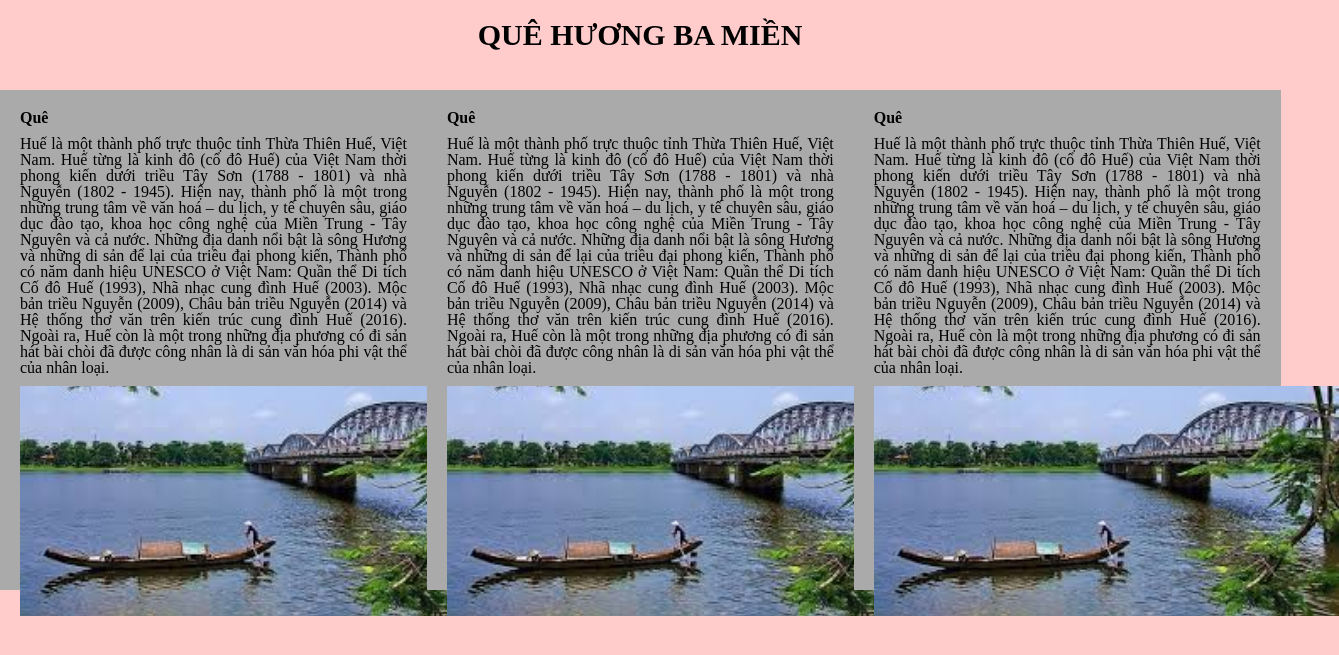
Repository: Tan-Khang21/TH_TKW--Buoi_06
Page: Bai_Tap_Tren_lop/Bai_02/LayoutCSS2.html
The author's editor kept a copy of each file at every save. The page is drawn from the files as they stood at one save, then again after the next save.
The browser window is 1280 px wide. The page is 1339 px wide, so the pictures cover 1339 px, including what lies to the right of the window. The pictures show the whole page.

Above is the page before, as saved 2024-03-11 20:30:42.

After the next save:
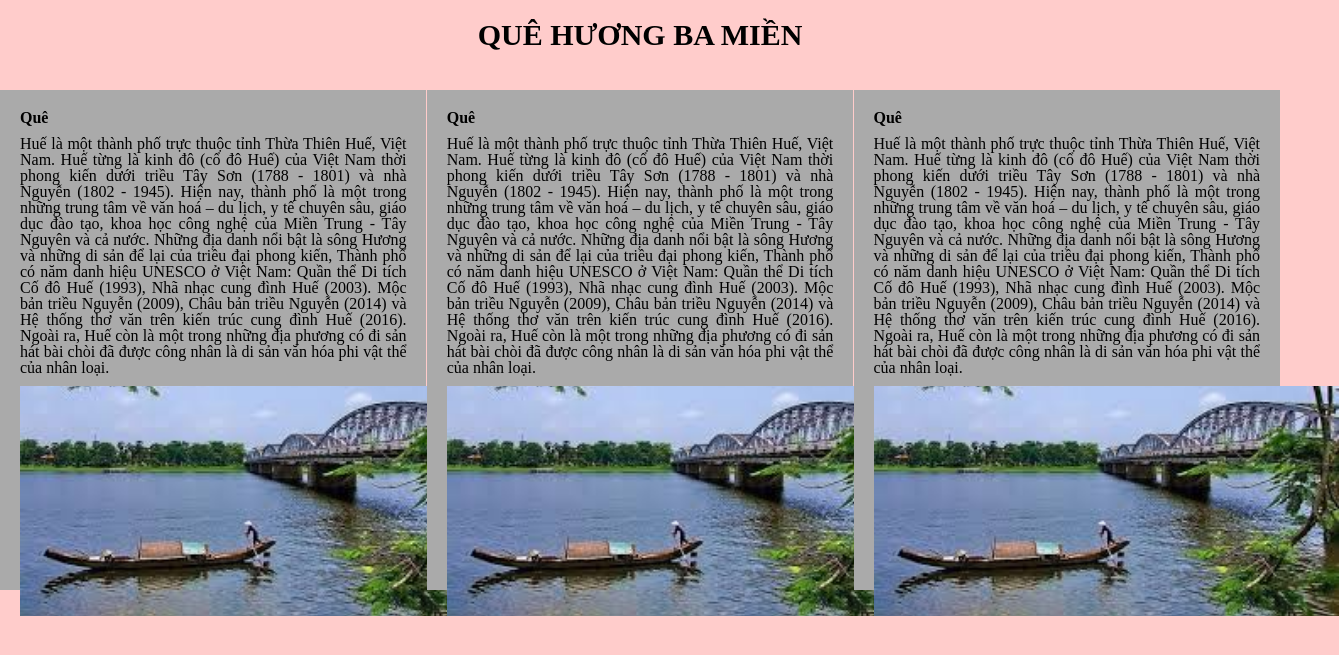
Saved 5 s later.
--- a/Bai_Tap_Tren_lop/Bai_02/style.css
+++ b/Bai_Tap_Tren_lop/Bai_02/style.css
@@ -13,7 +13,7 @@ body {
   font-weight: bold;
 }
 .item {
-  width: 33.35%;
+  width: 33.32%;
   height: 500px;
   padding: 20px;
   background-color: #aaaaaa;
